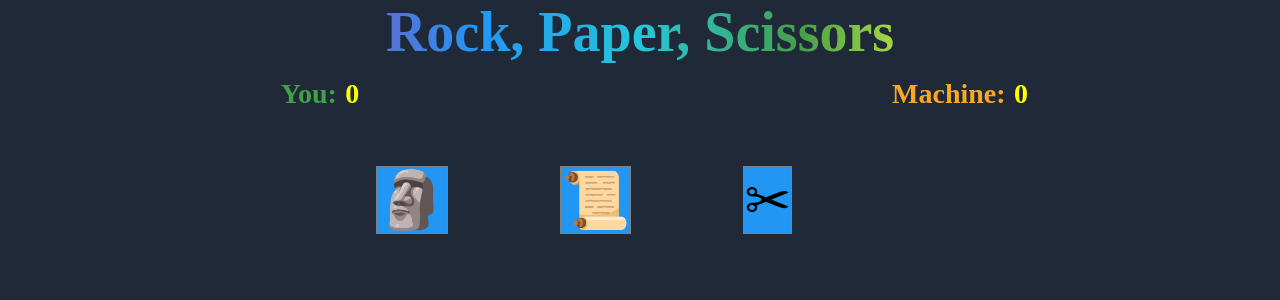
Repository: dung8466/RPS
Page: index.html
An editor plug-in stored every save of this project. The page is shown before and after the next save, followed by the edit.
The browser window is 1280 px wide. The pictures show the whole page.

Above is the page before, as saved 2022-07-07 20:24:31.

### index.html
<!DOCTYPE html>
<html lang="en">
<head>
    <meta charset="UTF-8">
    <meta http-equiv="X-UA-Compatible" content="IE=edge">
    <meta name="viewport" content="width=device-width, initial-scale=1.0">
    <title>Fun Game</title>
    <link rel="stylesheet" href="style.css">
    <script src="script.js" defer></script>
</head>
<body>
    <h1 class="header">
        Rock, Paper, Scissors
    </h1>
    <div class="results flex-box">
        <div class="player-result">
            You: <span class="result-score" data-player-score>0</span>
        </div>
        <div class="machine-result" data-final-column>
            Machine: <span class="result-score" data-computer-score>0</span>
        </div>
    </div>
    <div class="selections">
        <button class="selection" data-selection="rock">🗿</button>
        <button class="selection" data-selection="paper">📜</button>
        <button class="selection" data-selection="scissors">✂</button>
    </div>
</body>
</html>

### style.css
*{
    font-family: 'Times New Roman', Times, serif;
    font-size: 14px;
    margin: 0;
    padding: 0;
    background-color: #1f2937;
}
.header{
    font-size: 4em;
    font-weight: bold;
    background: linear-gradient(to right, #ef5350, #f48fb1, #7e57c2, #2196f3, #26c6da, #43a047, #eeff41, #f9a825, #ff5722);
    -webkit-background-clip: text;
    -webkit-text-fill-color: transparent;
    text-align: center;
}
.selections {
    display: flex;
    justify-content: center;
  }

  .selection {
    background-color: #2196f3;
    border: solid 1px gray;
    cursor: pointer;
    font-size: 4rem;
    transition: 100ms;
    margin-right: 2em;
    margin-top: 1em;
  }

  .selection:hover {
    transform: scale(1.2);
  }

  .results {
    margin-top: 1rem;
    display: grid;
    justify-content: center;
    grid-template-columns: repeat(2, 1fr);
    justify-items: center;
    align-items: center;
  }
  .player-result{
    color: #43a047;
    font-size: 2em;
    font-weight: bold;
  }
  .machine-result{
    color: #f9a825;
    font-size: 2em;
    font-weight: bold;
  }
  .result-score {
    margin-left: .1rem;
    font-size: 2rem;
    color: yellow;
  }

  .result-selection {
    opacity: .5;
  }

  .result-selection.winner {
    opacity: 1;
    font-size: 1.5rem;
  }

### script.js
const SELECTIONS = [
    {
        name: 'rock',
        emoji: '🗿',
        beats: 'scissors',
    },
    {
        name: 'paper',
        emoji: '📜',
        beats: 'rock',
    },
    {
        name: 'scissors',
        emoji: '✂',
        beats: 'paper',
    }
]

let playerSelection = document.querySelectorAll('.selection');
let computerSelection = SELECTIONS[Math.floor(Math.random() * SELECTIONS.length)];
let playerScore = document.qu

After the next save:
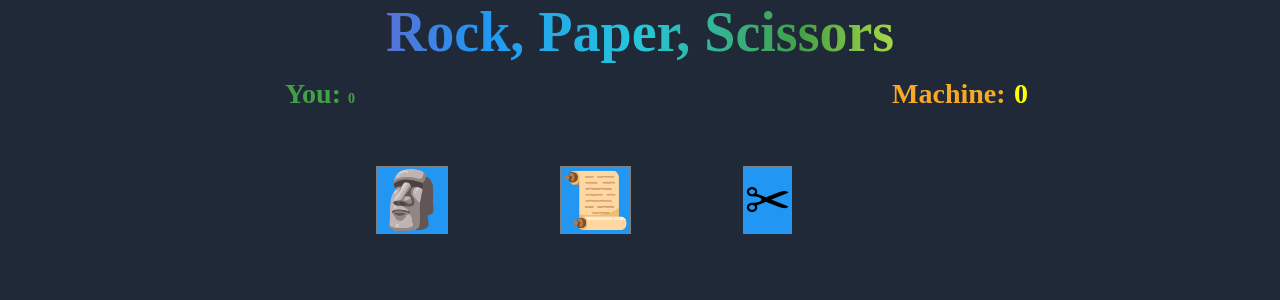
Saved 9 s later.
--- a/index.html
+++ b/index.html
@@ -14,7 +14,7 @@
     </h1>
     <div class="results flex-box">
         <div class="player-result">
-            You: <span class="result-score" data-player-score>0</span>
+            You: <span class="player-score" data-player-score>0</span>
         </div>
         <div class="machine-result" data-final-column>
             Machine: <span class="result-score" data-computer-score>0</span>
